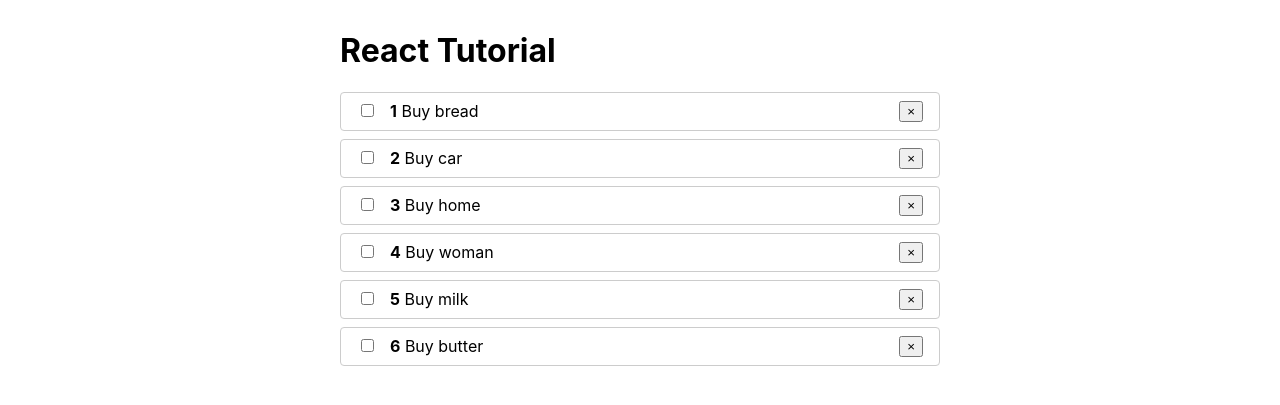
Repository: GregorPiev/rorganizer
Page: /
These files come from the project's save history. The page is drawn as it stood at one moment and after the next save; the edit follows.
The browser window is 1280 px wide. The pictures show the whole page.
The project was rebuilt for these pictures with package versions that can differ from the ones it lists, and the page was loaded fresh each time.

Above is the page before, as saved 2020-08-18 14:11:34.

### src/index.css
body {
	margin: 0;
	font-family: -apple-system, BlinkMacSystemFont, 'Segoe UI', 'Roboto', 'Oxygen',
		'Ubuntu', 'Cantarell', 'Fira Sans', 'Droid Sans', 'Helvetica Neue',
		sans-serif;
	-webkit-font-smoothing: antialiased;
	-moz-osx-font-smoothing: grayscale;
}

code {
	font-family: source-code-pro, Menlo, Monaco, Consolas, 'Courier New',
		monospace;
}
.wrapper {
	padding-top: 5px;
	margin: 5px auto;
	width: 600px;
}

### src/App.js
import React from 'react';
import TodoList from './Todo/TodoList/TodoList';

function App() {
  const todos = [
    { id: 1, completed: false, title: 'Buy bread' },
    { id: 2, completed: false, title: 'Buy car' },
    { id: 3, completed: false, title: 'Buy home' },
    { id: 4, completed: false, title: 'Buy woman' },
    { id: 5, completed: false, title: 'Buy milk' },
    { id: 6, completed: false, title: 'Buy butter' }
  ];
  return (
    <div className='wrapper'>
      <h1>React Tutorial</h1>
      <TodoList todos={todos} />
    </div>
  );
}

export default App;

### src/Todo/TodoList/TodoList.js
import React from 'react';
import PropTypes from 'prop-types';
import './TodoList.css';
import TodoItem from '../TodoItem/TodoItem';


function TodoList(props) {
    return (
        <ul className="ul_base">
            {
                props.todos.map((todo, index) => {
                    return <TodoItem key={todo.id} todo={todo} index={index} />
                })
            }
        </ul>
    )

}

TodoList.propTypes = {
    todos: PropTypes.arrayOf(PropTypes.object).isRequired
}
export default TodoList;

### src/Todo/TodoList/TodoList.css
.ul_base {
    list-style: none;
    margin: 0;
    padding: 0;
}

### src/Todo/TodoItem/TodoItem.js
import React from 'react';
import PropTypes from 'prop-types';
import './TodoItem.css';

function TodoItem({ todo, index }) {

    return (
        <li>
            <span>
                <input type='checkbox' />
                <strong>{index + 1}</strong>&nbsp;
                {todo.title}
            </span>
            <button className="rm">&times;</button>

        </li>
    )
}

TodoItem.propTypes = {
    todo: PropTypes.object.isRequired,
    index: PropTypes.number.isRequired
}

export default TodoItem;

### src/Todo/TodoItem/TodoItem.css
li {
  display: flex;
  justify-content: space-between;
  align-items: center;
  padding: 0.5rem 1rem;
  border: 1px solid #cccccc;
  border-radius: 4px;
  margin-bottom: 0.5rem;
}
input {
  margin-right: 1rem;
}
.rb {
  background: #f00;
  background-repeat: 25%;
  color: #ffffff;
  border: none;
}

Loaded but not shown: public/index.html (common file); src/index.js (common file); src/serviceWorker.js (common file)

After the next save:
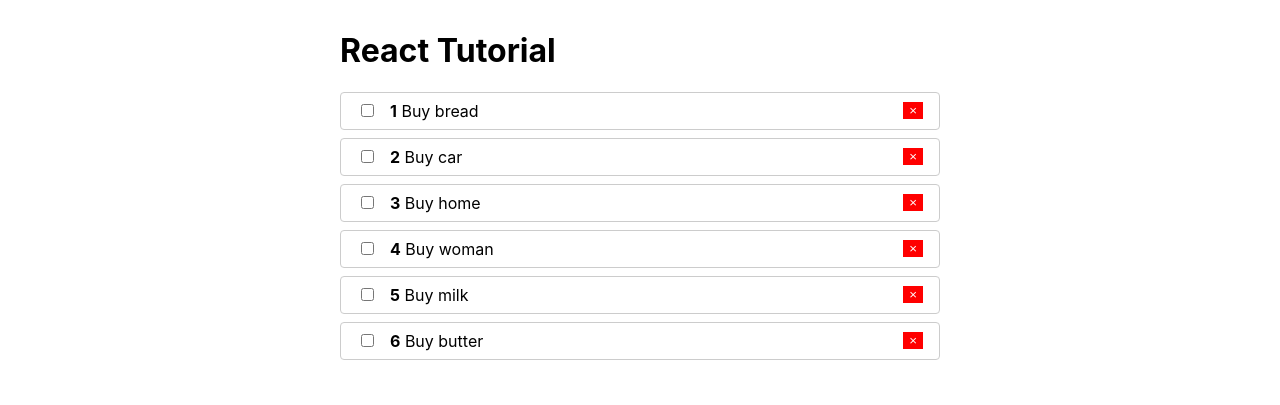
Saved 36 s later.
--- a/src/Todo/TodoItem/TodoItem.js
+++ b/src/Todo/TodoItem/TodoItem.js
@@ -11,7 +11,7 @@ function TodoItem({ todo, index }) {
                 <strong>{index + 1}</strong>&nbsp;
                 {todo.title}
             </span>
-            <button className="rm">&times;</button>
+            <button className="rb">&times;</button>
 
         </li>
     )
